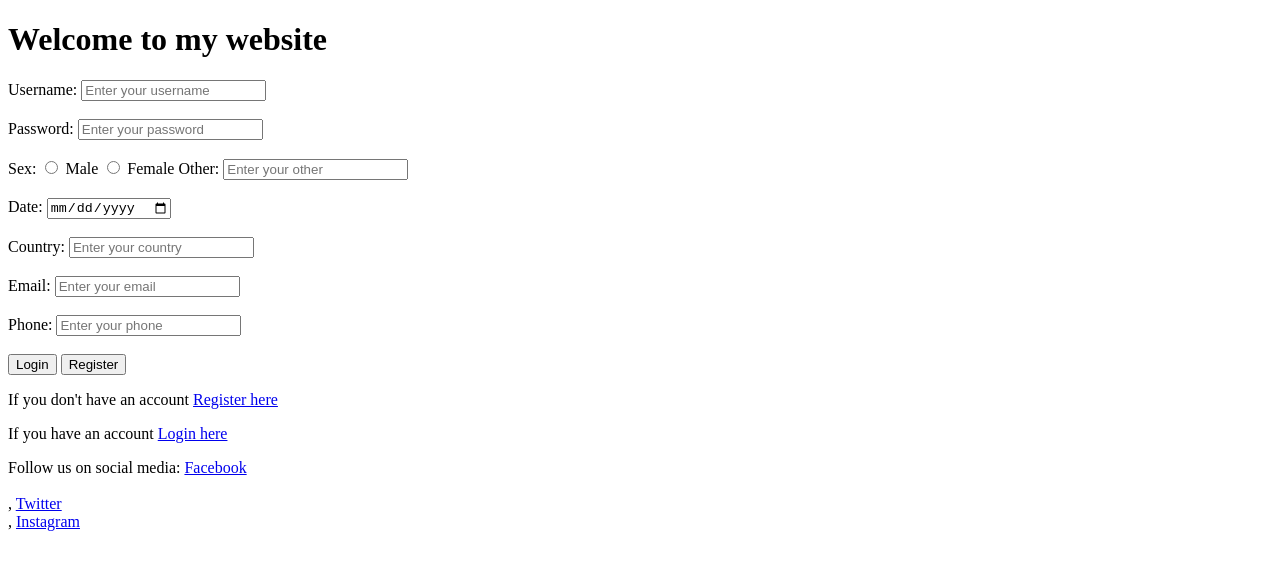
Repository: bao2222/hoc-lam-web
Page: welcome.html
An editor plug-in stored every save of this project. The page is shown before and after the next save, followed by the edit.
The browser window is 1280 px wide. The pictures show the whole page.

Above is the page before, as saved 2024-12-24 19:44:14.

### welcome.html
<!DOCTYPE html>
<html lang="en">

    <head>
        <meta charset="UTF-8">
        <title>Welcome</title>
        <meta content = "this is my website" name = "description">
        <meta author = "me">




    </head>

    <body>
        <h1>Welcome to my website</h1>
        <header>
            <div>
                <div>
                    <form action="#" method="post">
                        <label for="username">Username:</label>
                        <input type="text" id="username" name="username" placeholder="Enter your username" required><br><br>
                        <label for="password">Password:</label>
                        <input type="password" id="password" name="password" placeholder="Enter your password" required><br><br>
                        <label for="sex">Sex:</label>
                        <input type="radio" id="male" name="sex" value="male">
                        <label for="male">Male</label>
                        <input type="radio" id="female" name="sex" value="female">
                        <label for="female">Female</label>
                        <label for="other">Other:</label>
                        <input type="text" id="other" name="other" placeholder="Enter your other"><br><br>
                        <label for="date">Date:</label>
                        <input type="date" id="date" name="date"><br><br>
                        <label for="country">Country:</label>
                        <input type="text" id="country" name="country" placeholder="Enter your country" required><br><br>
                        <label for="email">Email:</label>
                        <input type="email" id="email" name="email" placeholder="Enter your email" required><br><br>
                        <label for="phone">Phone:</label>
                        <input type="tel" id="phone" name="phone" placeholder="Enter your phone" required><br><br>
                        <button type="submit">Login</button>
                        <button type="reset">Register</button>
                    </form>
                </div>

                <div>
                    <p>If you don't have an account <a href="register.html">Register here</a></p>
                </div>

                <div>
                    <p>If you have an account <a href="login.html">Login here</a></p>
                </div>

                <div>
                    <p>Follow us on social media: <a href="#">Facebook</a><br><br>, <a href="#">Twitter</a><br>, <a href="#">Instagram</a><br></p>
                </div>





            </div>
        </header>
        <main></main>
        <footer></footer>




    </body>





</html>

After the next save:
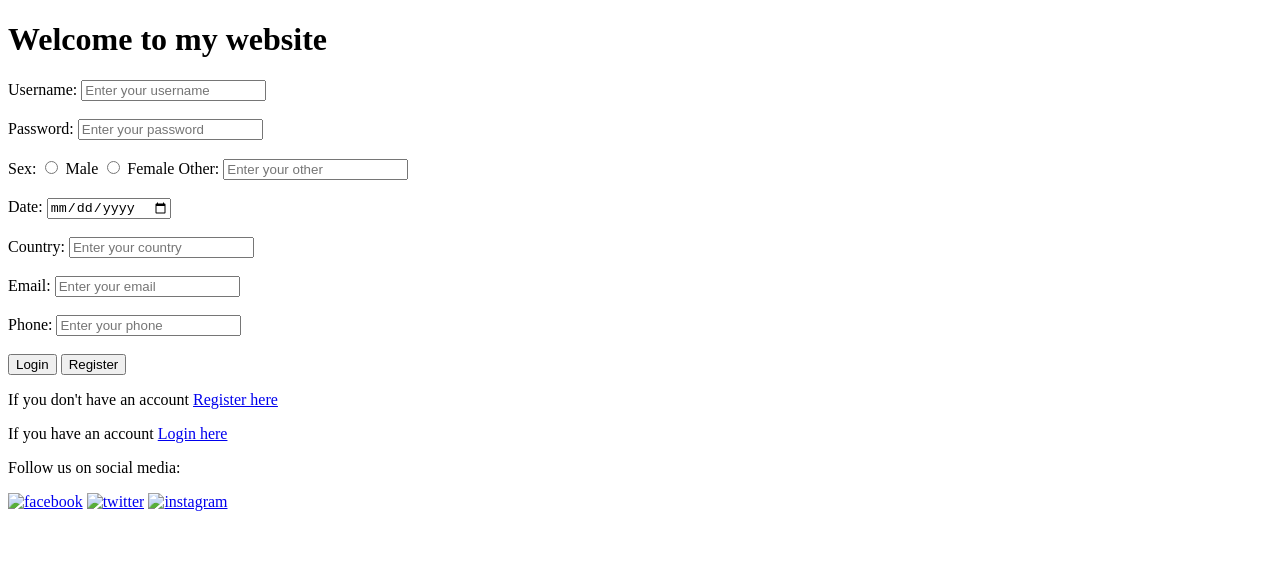
Not found: facebook.png
Not found: instagram.png
Not found: twitter.png
Saved 38 s later.
--- a/welcome.html
+++ b/welcome.html
@@ -51,7 +51,10 @@
                 </div>
 
                 <div>
-                    <p>Follow us on social media: <a href="#">Facebook</a><br><br>, <a href="#">Twitter</a><br>, <a href="#">Instagram</a><br></p>
+                    <p>Follow us on social media: </p>
+                    <a href="#"><img src="facebook.png" alt="facebook"></a>
+                    <a href="#"><img src="twitter.png" alt="twitter"></a>
+                    <a href="#"><img src="instagram.png" alt="instagram"></a>
                 </div>
 
 

After the save that followed:
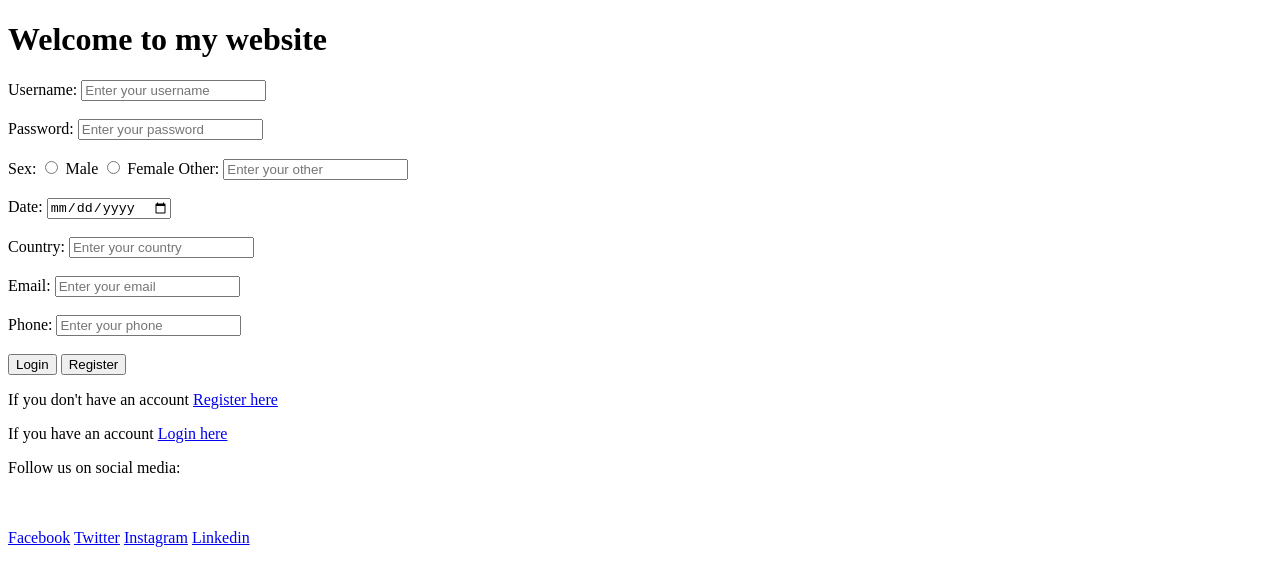
Saved 68 s later.
--- a/welcome.html
+++ b/welcome.html
@@ -51,10 +51,13 @@
                 </div>
 
                 <div>
-                    <p>Follow us on social media: </p>
-                    <a href="#"><img src="facebook.png" alt="facebook"></a>
-                    <a href="#"><img src="twitter.png" alt="twitter"></a>
-                    <a href="#"><img src="instagram.png" alt="instagram"></a>
+                    <p>Follow us on social media: </p><br><br>
+                    <a href="https://www.facebook.com/">Facebook</a>
+                    <a href="https://www.twitter.com/">Twitter</a>
+                    <a href="https://www.instagram.com/">Instagram</a>
+                    <a href="https://www.linkedin.com/">Linkedin</a>
+                </div>
+
                 </div>
 
 
